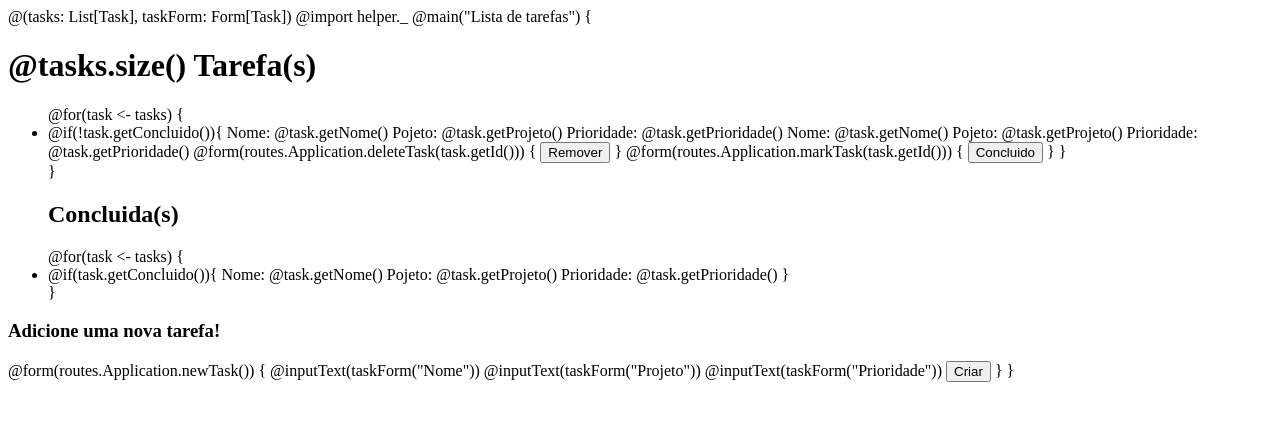
Repository: lcavalcante/si1
Page: lab2/.target/views/index.scala.html
An editor plug-in stored every save of this project. The page is shown before and after the next save, followed by the edit.
The browser window is 1280 px wide. The pictures show the whole page.

Above is the page before, as saved 2013-11-27 00:36:33.

After the next save:
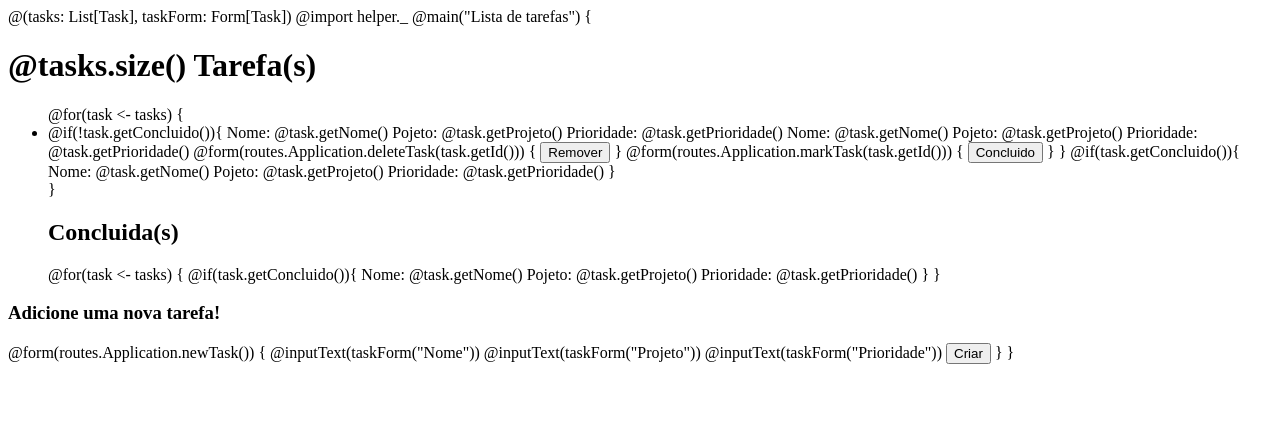
Saved 64 s later.
--- a/lab2/.target/views/index.scala.html
+++ b/lab2/.target/views/index.scala.html
@@ -25,6 +25,10 @@
                 }
                 }
 
+                @if(task.getConcluido()){
+                Nome: @task.getNome() Pojeto: @task.getProjeto() Prioridade: @task.getPrioridade()
+                }
+
             </li>
         }
     </ul>
@@ -32,12 +36,12 @@
     <ul>
     	 <h2>Concluida(s)</h2>
         @for(task <- tasks) {
-            <li>
+
             	@if(task.getConcluido()){
                 Nome: @task.getNome() Pojeto: @task.getProjeto() Prioridade: @task.getPrioridade()
                 }
 
-            </li>
+
         }
     </ul>
 
